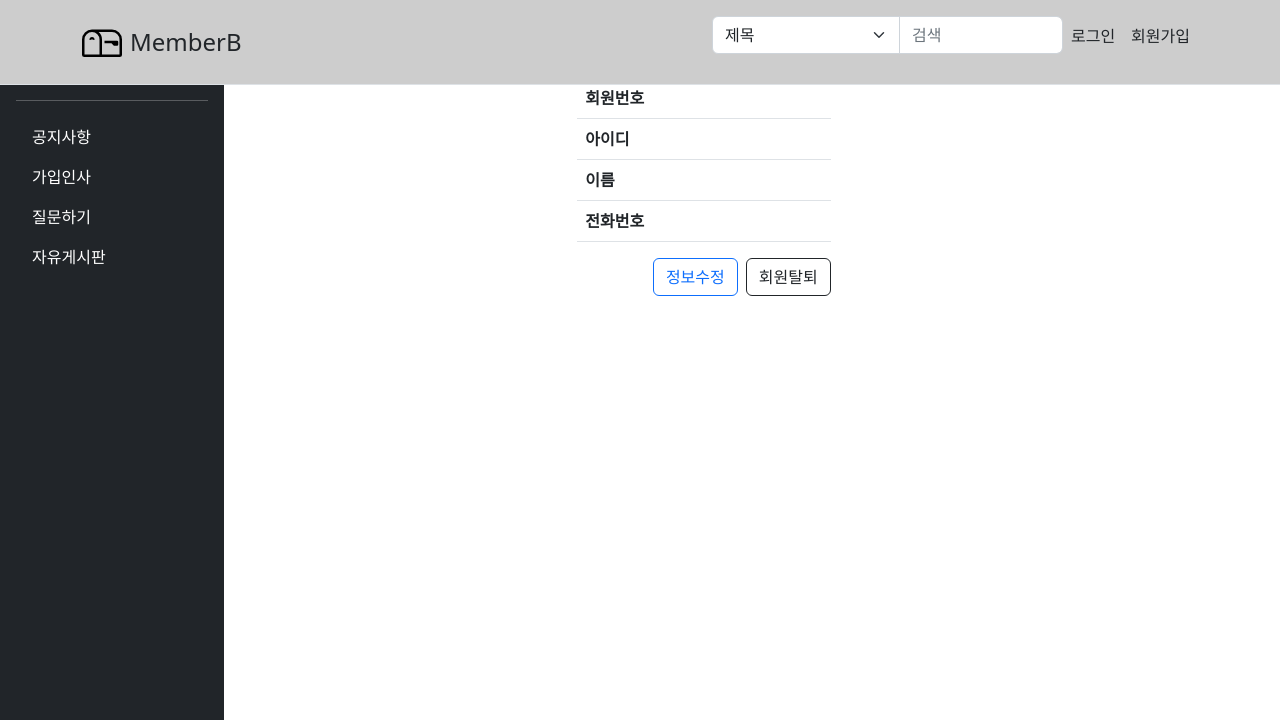
Repository: charmErin/board_220915
Page: http://localhost/board/WEB-INF/views/member/detail.jsp
The author's editor kept a copy of each file at every save. The page is drawn from the files as they stood at one save, then again after the next save.
The browser window is 1280 px wide. The pictures show the whole page.
The page is served by Tomcat 9. Nobody is signed in. Other server files are loaded and not shown. The template is opened directly, without the code that normally fills it, so the values that code supplies are empty.

Above is the page before, as saved 2022-09-16 02:40:41.
Console error: SyntaxError: Unexpected token ';'

### board/src/main/webapp/WEB-INF/views/member/detail.jsp
<%@ page language="java" contentType="text/html; charset=UTF-8"
    pageEncoding="UTF-8"%>
<%@ taglib uri="http://java.sun.com/jsp/jstl/core" prefix="c" %>
<!DOCTYPE html>
<html>
<head>
<meta charset="UTF-8">
<title>Insert title here</title>
<style>
	.body-content {
		margin-top: 2rem;
		margin-left: 15rem;
		padding-left: 3rem;
		padding-right: 10rem;
	}

	h2 {
		text-align: center;
		margin: 50px;
	}
</style>
</head>
<body>
	<%@include file ="../layout/header.jsp" %>
	<div class="body-content">
	<div class="container col-4">
		<h2>회원 정보</h2>
		<table class="table">
			<tr>
				<th scope="row">회원번호</th>
				<td>${member.id}</td>
			</tr>
			<tr>
				<th scope="row">아이디</th>
				<td>${member.loginId}</td>
			</tr>
			<tr>
				<th scope="row">이름</th>
				<td>${member.memberName}</td>
			</tr>
			<tr>
				<th scope="row">전화번호</th>
				<td>${member.memberMobile}</td>
			</tr>
		</table>
		<c:if test="${sessionScope.id == member.id}">
			<c:choose>
				<c:when test="${sessionScope.memberName == '관리자'}">
					<div class="d-grid gap-2 d-md-flex justify-content-md-end">
						<button type="button" class="btn btn-outline-dark" onclick="memberList()">회원목록</button>
					</div>
				</c:when>
				<c:otherwise>
					<div class="d-grid gap-2 d-md-flex justify-content-md-end">
				<button type="button" class="btn btn-outline-primary" onclick="memberUpdate()">정보수정</button>
				<button type="button" class="btn btn-outline-dark" onclick="memberDelete()">회원탈퇴</button>
			</div>
				</c:otherwise>
			</c:choose>
		</c:if>
	</div>
	</div>
</body>
<script>
	const memberUpdate = () => {
		location.href = "/member/update-form/" + ${sessionScope.id};
	}

	const memberDelete = () => {
		location.href = "/member/delete/" + ${sessionScope.id};
	}

	const memberList = () => {
		location.href = "/member/findAll";
	}
</script>
</html>

### board/src/main/webapp/WEB-INF/views/layout/header.jsp
<%@ page language="java" contentType="text/html; charset=UTF-8"
    pageEncoding="UTF-8"%>
<%@ taglib uri="http://java.sun.com/jsp/jstl/core" prefix="c" %>
<%@ taglib prefix="fmt" uri="http://java.sun.com/jsp/jstl/fmt" %>
<!DOCTYPE html>
<html>
<head>
<meta charset="UTF-8">
<link href="https://cdn.jsdelivr.net/npm/bootstrap@5.2.1/dist/css/bootstrap.min.css" rel="stylesheet" integrity="sha384-iYQeCzEYFbKjA/T2uDLTpkwGzCiq6soy8tYaI1GyVh/UjpbCx/TYkiZhlZB6+fzT" crossorigin="anonymous">
<title>Insert title here</title>
<style>
	header {
		background: #CDCDCD;
		position: fixed;
	}

	.side-bar {
		width: 14rem;
		height: 100%;
		position: fixed;
		display: inline !important;
	}
</style>
</head>
<body>
	<header class="py-3 border-bottom header-fix fixed-top">
		<div class="container d-flex flex-wrap justify-content-center">
			<a href="/" class="d-flex align-items-center mb-3 mb-lg-0 me-lg-auto text-dark text-decoration-none">
				<img src="../../../resources/svg/mailbox.svg" width="40" height="40">
				<span class="fs-4 m-2">
					MemberB
				</span>
			</a>
			<form class="col-md-auto" action="/board/search" method="get">
				<div class="input-group">
					<select class="form-select" name="searchType">
						<option value="boardTitle">제목</option>
						<option value="boardWriter">작성자</option>
						<option value="boardContetns">내용</option>
					</select>
					<input class="form-control col-2" type="text" name="q" placeholder="검색" aria-label="Search">
				</div>
			</form>
			<div>
				<c:choose>
					<c:when test="${sessionScope.id == null}">
						<ul class="nav">
							<li class="nav-item">
								<a href="/member/login-form" class="nav-link link-dark px-2">로그인</a>
							</li>
							<li class="nav-item">
								<a href="/member/save-form" class="nav-link link-dark px-2">회원가입</a>
							</li>
						</ul>
					</c:when>
					<c:otherwise>
						<ul class="nav">
							<li class="nav-item">
								<a href="/member/detail/${sessionScope.id}" class="nav-link link-dark px-2">${sessionScope.memberName}</a>
							</li>
							<c:if test="${sessionScope.loginId eq 'admin'}">
								<li class="nav-item">
									<a href="/member/findAll" class="nav-link link-dark px-2">회원목록</a>
								</li>
							</c:if>
							<li class="nav-item">
								<a href="/member/logout" class="nav-link link-dark px-2">로그아웃</a>
							</li>
						</ul>
					</c:otherwise>
				</c:choose>
			</div>
		</div>
	</header>
		<div class="d-flex flex-column flex-shrink-0 p-3 text-bg-dark side-bar">
			<span class="fs-4">카테고리</span>
			<hr>
			<ul class="nav nav-pills flex-column mb-auto">
				<li class="nav-item">
					<a href="/board/1" class="nav-link text-white">공지사항</a>
				</li>
				<li>
					<a href="/board/2" class="nav-link text-white">가입인사</a>
				</li>
				<li>
					<a href="/board/3" class="nav-link text-white">질문하기</a>
				</li>
				<li>
					<a href="/board/4" class="nav-link text-white">자유게시판</a>
				</li>
			</ul>
		</div>
</body>
</html>

### board/src/main/webapp/resources/svg/mailbox.svg
<svg xmlns="http://www.w3.org/2000/svg" width="16" height="16" fill="currentColor" class="bi bi-mailbox" viewBox="0 0 16 16">
  <path d="M4 4a3 3 0 0 0-3 3v6h6V7a3 3 0 0 0-3-3zm0-1h8a4 4 0 0 1 4 4v6a1 1 0 0 1-1 1H1a1 1 0 0 1-1-1V7a4 4 0 0 1 4-4zm2.646 1A3.99 3.99 0 0 1 8 7v6h7V7a3 3 0 0 0-3-3H6.646z"/>
  <path d="M11.793 8.5H9v-1h5a.5.5 0 0 1 .5.5v1a.5.5 0 0 1-.5.5h-1a.5.5 0 0 1-.354-.146l-.853-.854zM5 7c0 .552-.448 0-1 0s-1 .552-1 0a1 1 0 0 1 2 0z"/>
</svg>

After the next save:
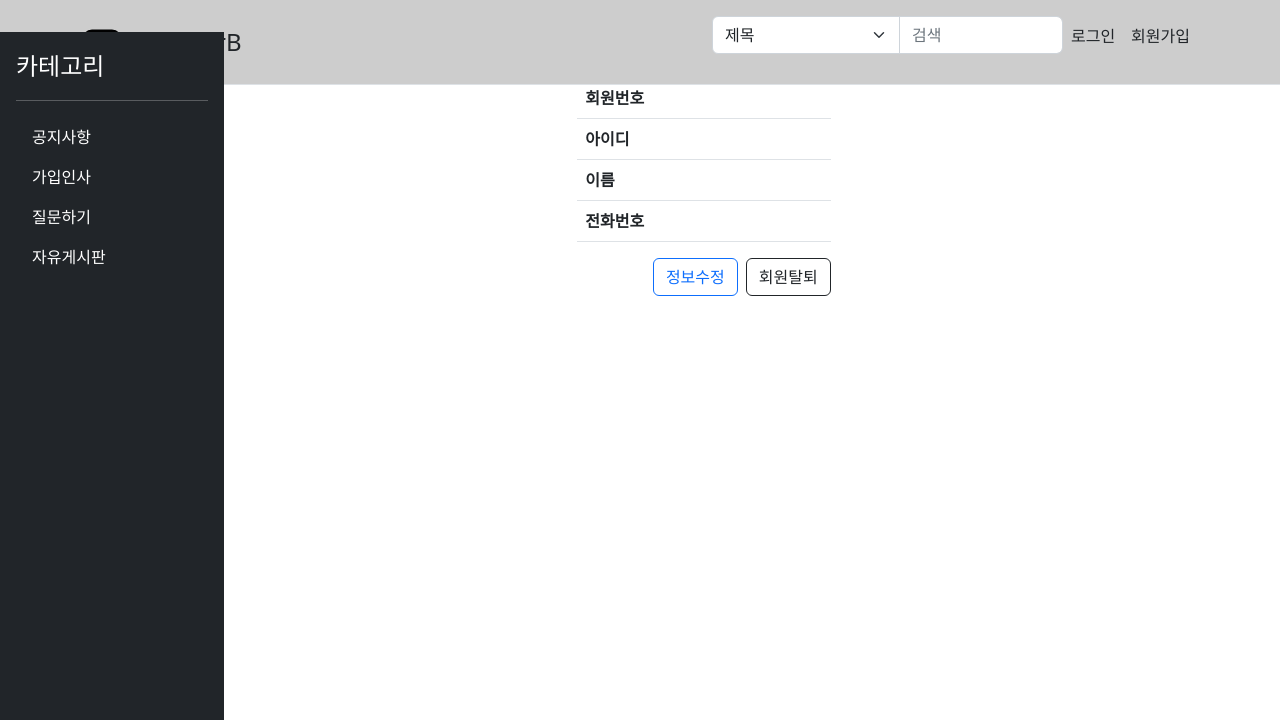
Saved 23 s later.
--- a/board/src/main/webapp/WEB-INF/views/layout/header.jsp
+++ b/board/src/main/webapp/WEB-INF/views/layout/header.jsp
@@ -12,6 +12,9 @@
 	header {
 		background: #CDCDCD;
 		position: fixed;
+		top: 0;
+		right: 0;
+		left: 0;
 	}
 
 	.side-bar {
@@ -23,7 +26,7 @@
 </style>
 </head>
 <body>
-	<header class="py-3 border-bottom header-fix fixed-top">
+	<header class="py-3 border-bottom header-fix">
 		<div class="container d-flex flex-wrap justify-content-center">
 			<a href="/" class="d-flex align-items-center mb-3 mb-lg-0 me-lg-auto text-dark text-decoration-none">
 				<img src="../../../resources/svg/mailbox.svg" width="40" height="40">

After the save that followed:
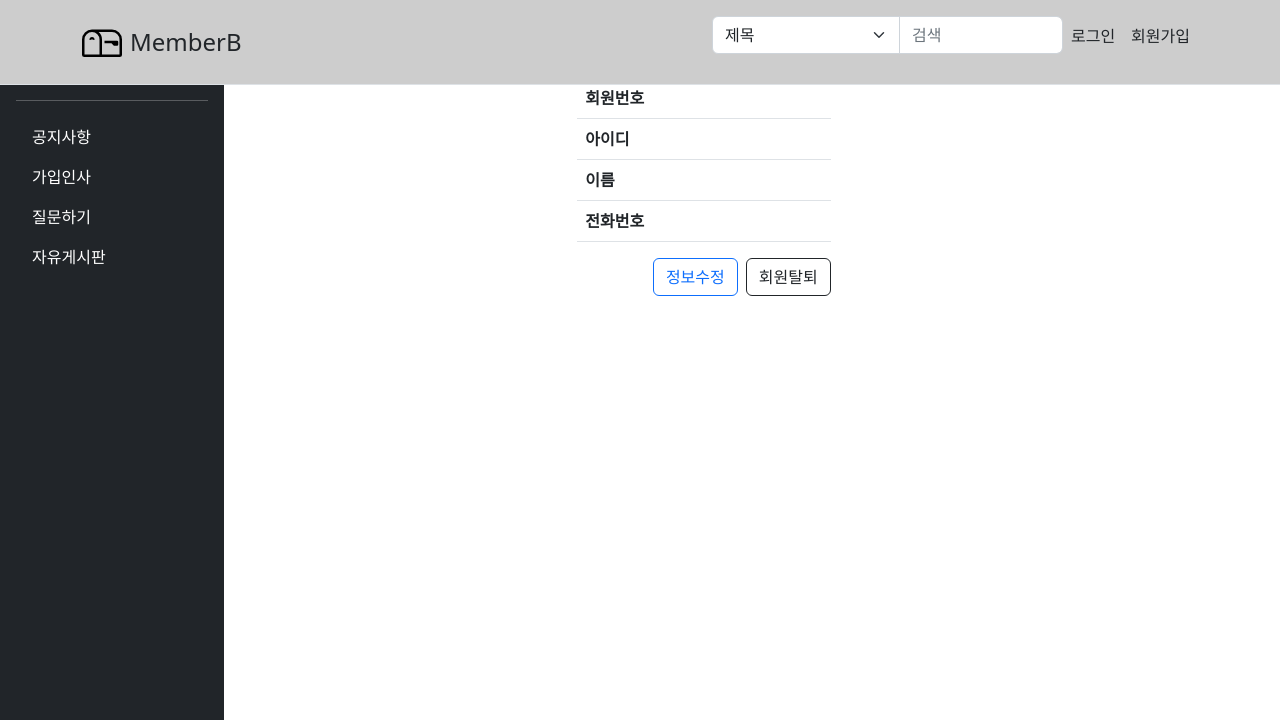
Saved 15 s later.
--- a/board/src/main/webapp/WEB-INF/views/layout/header.jsp
+++ b/board/src/main/webapp/WEB-INF/views/layout/header.jsp
@@ -11,10 +11,6 @@
 <style>
 	header {
 		background: #CDCDCD;
-		position: fixed;
-		top: 0;
-		right: 0;
-		left: 0;
 	}
 
 	.side-bar {
@@ -26,7 +22,7 @@
 </style>
 </head>
 <body>
-	<header class="py-3 border-bottom header-fix">
+	<header class="py-3 border-bottom header-fix fixed-top">
 		<div class="container d-flex flex-wrap justify-content-center">
 			<a href="/" class="d-flex align-items-center mb-3 mb-lg-0 me-lg-auto text-dark text-decoration-none">
 				<img src="../../../resources/svg/mailbox.svg" width="40" height="40">
